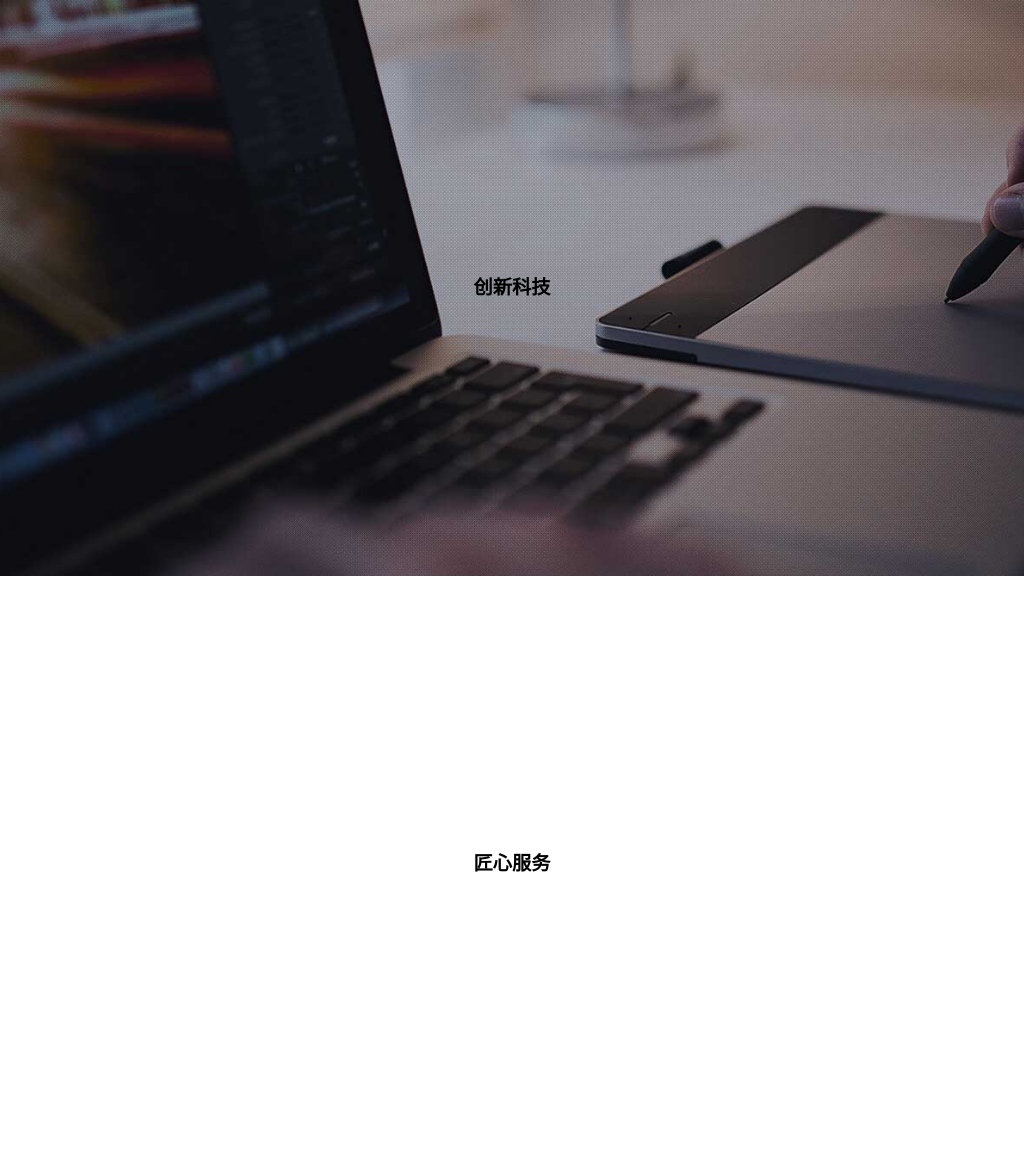
Repository: Burgess-zyl/project
Page: index.html
These files come from the project's save history. The page is drawn as it stood at one moment and after the next save; the edit follows.
The browser window is 1280 px wide. The pictures show the whole page, at 80% of full size.
Backgrounds fixed to the window are drawn as part of the page.

Above is the page before, as saved 2018-08-13 16:53:01.

### index.html
<!DOCTYPE html>
<html lang="en">
<head>
    <meta charset="UTF-8">
    <meta name="viewport" content="width=device-width, initial-scale=1.0">
    <meta http-equiv="X-UA-Compatible" content="ie=edge">
    <title>视差滚动</title>
    <style>
        * {
            padding: 0px;
            margin: 0px;
            box-sizing: border-box;
        }
        .t-c {
            position: absolute;
            top: 0;
            right: 0;
            bottom: 0;
            left: 0;
            margin: auto;
            border: 1px solid red;
        }
        .b-img {
            height: 100vh;
            background-image: url('./img/banner1.jpg');
            background-size:cover;
            background-position: 50% 50%;
            background-attachment: fixed;
            line-height: 100vh;
            text-align: center;
        }
    </style>
</head>
<body>
    <section class="b-img">
        <div class="c">
            <h1>创新科技</h1>
            <h1>匠心服务</h1>
        </div>
    </section>
</body>
</html>

After the next save:
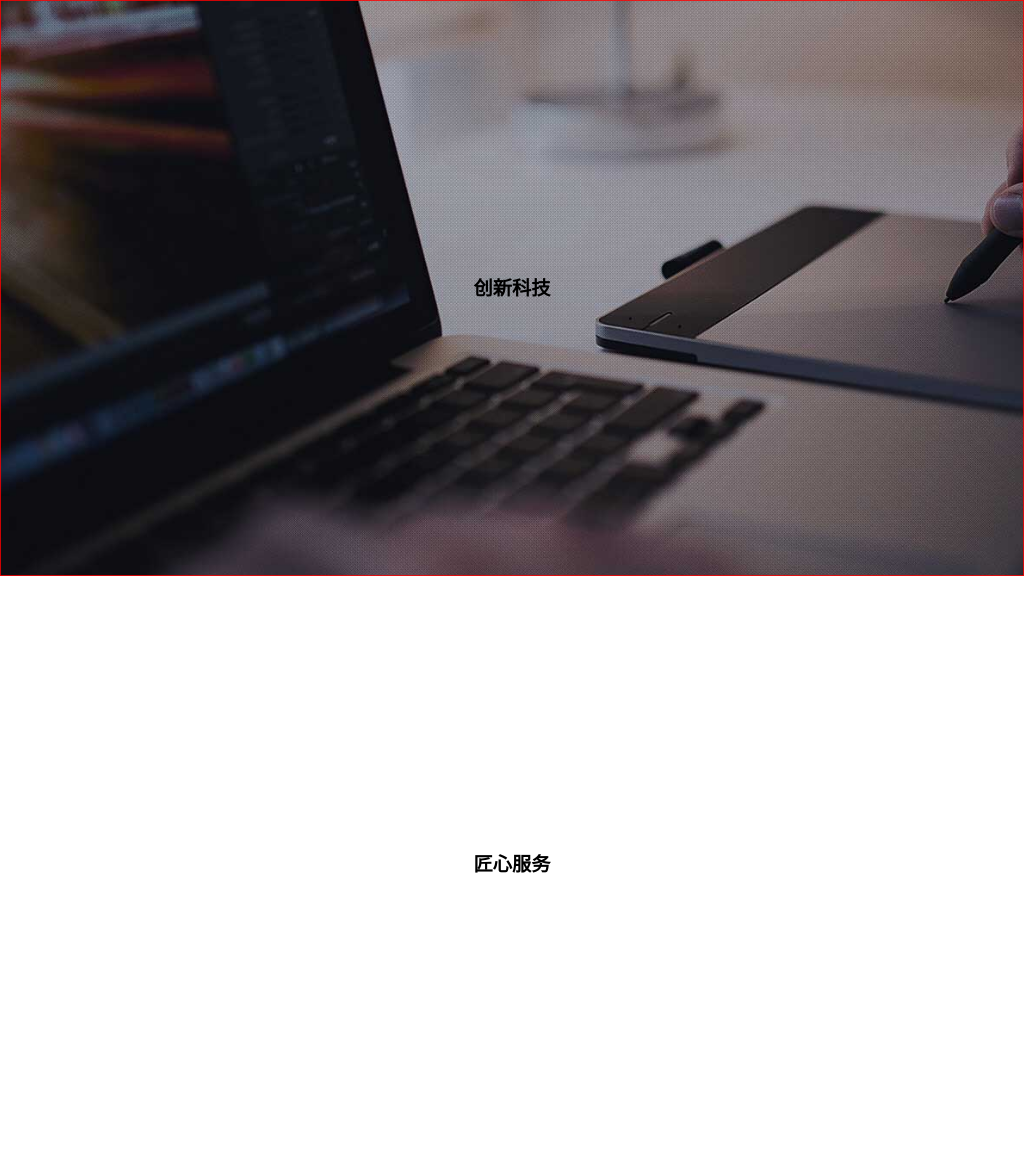
Saved 26 s later.
--- a/index.html
+++ b/index.html
@@ -11,7 +11,7 @@
             margin: 0px;
             box-sizing: border-box;
         }
-        .t-c {
+        .c {
             position: absolute;
             top: 0;
             right: 0;

After the 4 saves that followed:
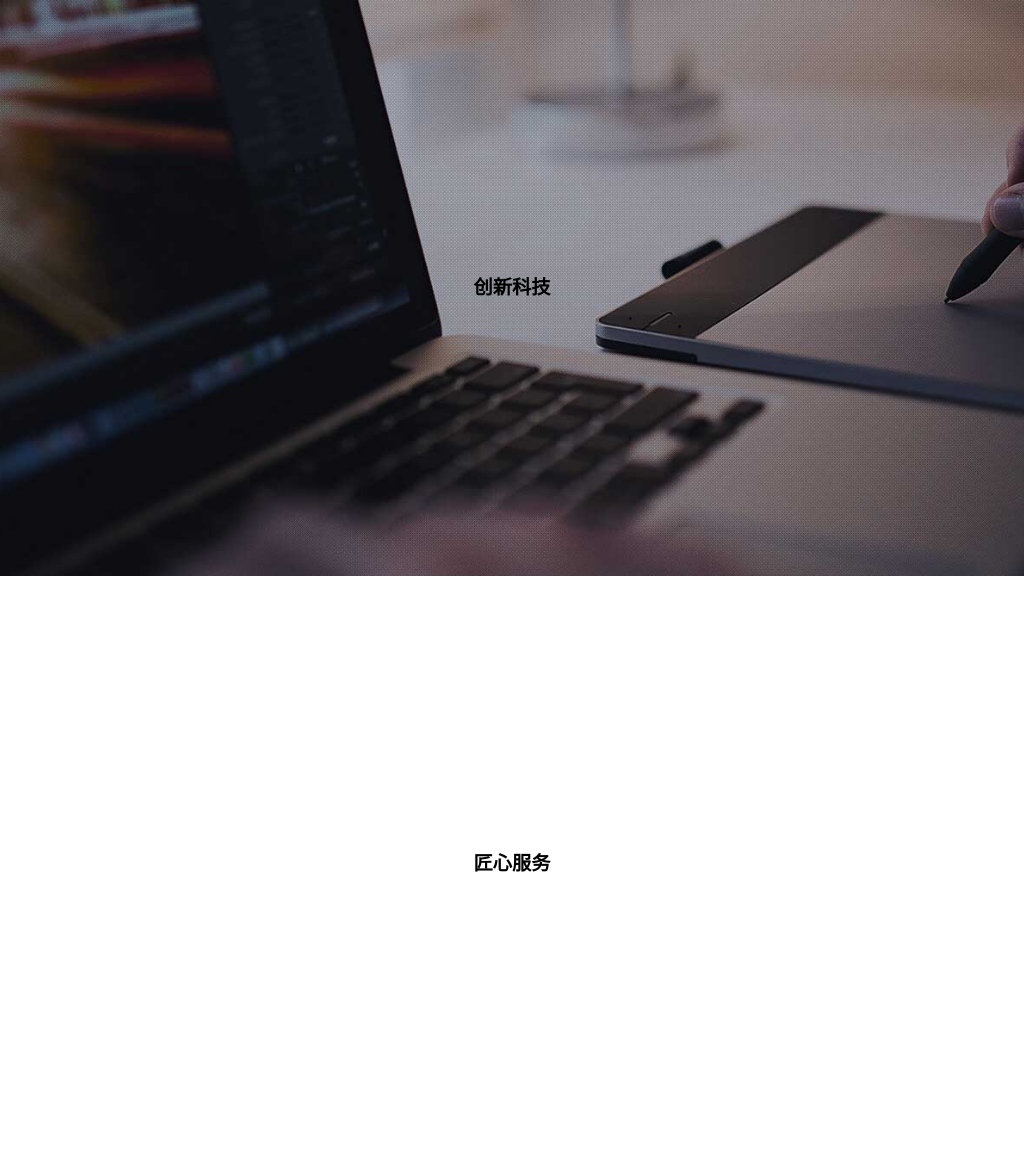
The 4 saves are shown as one change because 1 left the picture as it was and some came seconds apart.
The last was saved 92 s later.
--- a/index.html
+++ b/index.html
@@ -18,6 +18,10 @@
             bottom: 0;
             left: 0;
             margin: auto;
+        }
+        .c one {
+            width: 50%;
+            font-size: 70px;
             border: 1px solid red;
         }
         .b-img {
@@ -33,7 +37,7 @@
 </head>
 <body>
     <section class="b-img">
-        <div class="c">
+        <div class="c one">
             <h1>创新科技</h1>
             <h1>匠心服务</h1>
         </div>
